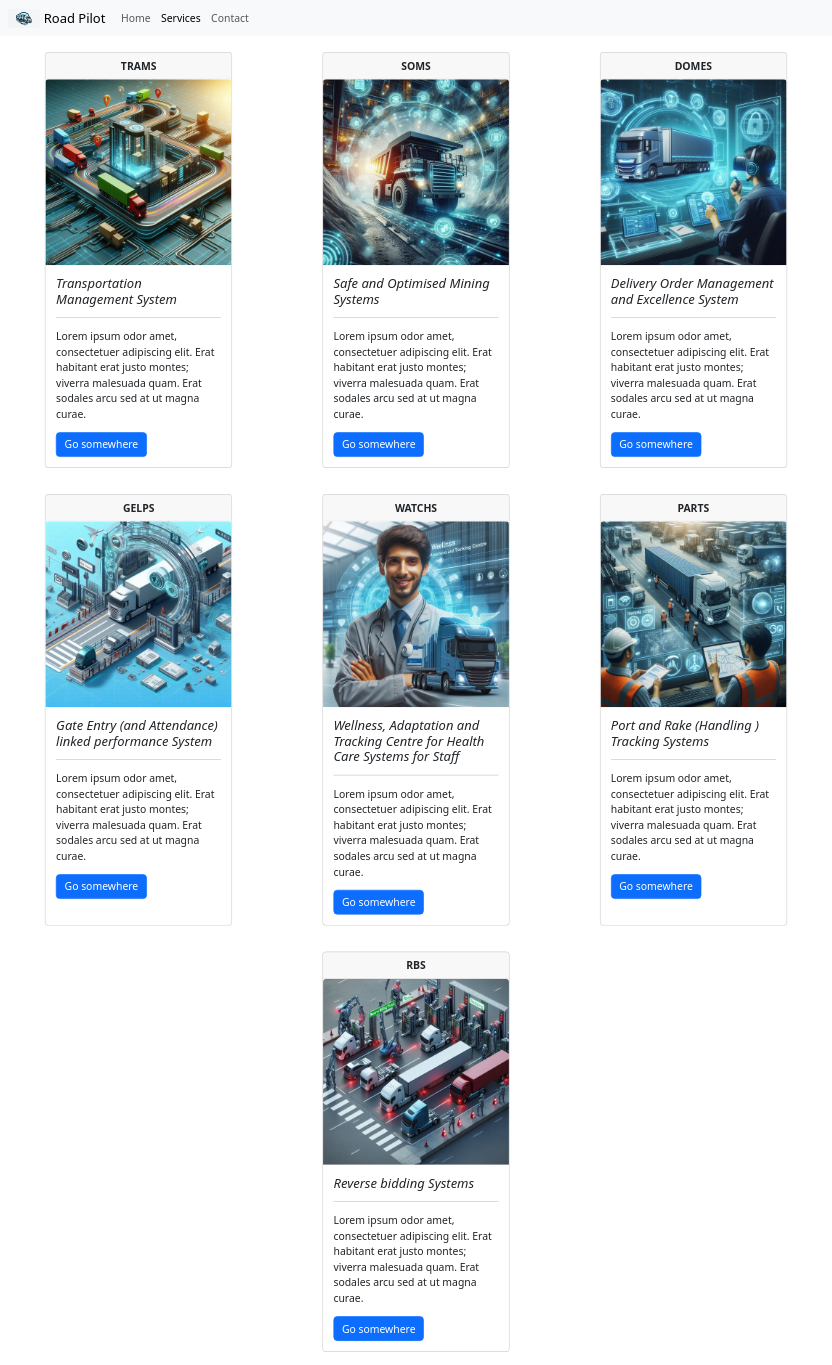
Repository: VictoriousMango/WebCreator
Page: pages/Services.html
The author's editor kept a copy of each file at every save. The page is drawn from the files as they stood at one save, then again after a run of saves.
The browser window is 1280 px wide. The pictures show the whole page, at 65% of full size.

Above is the page before, as saved 2024-11-09 12:13:53.

After the next 2 saves:
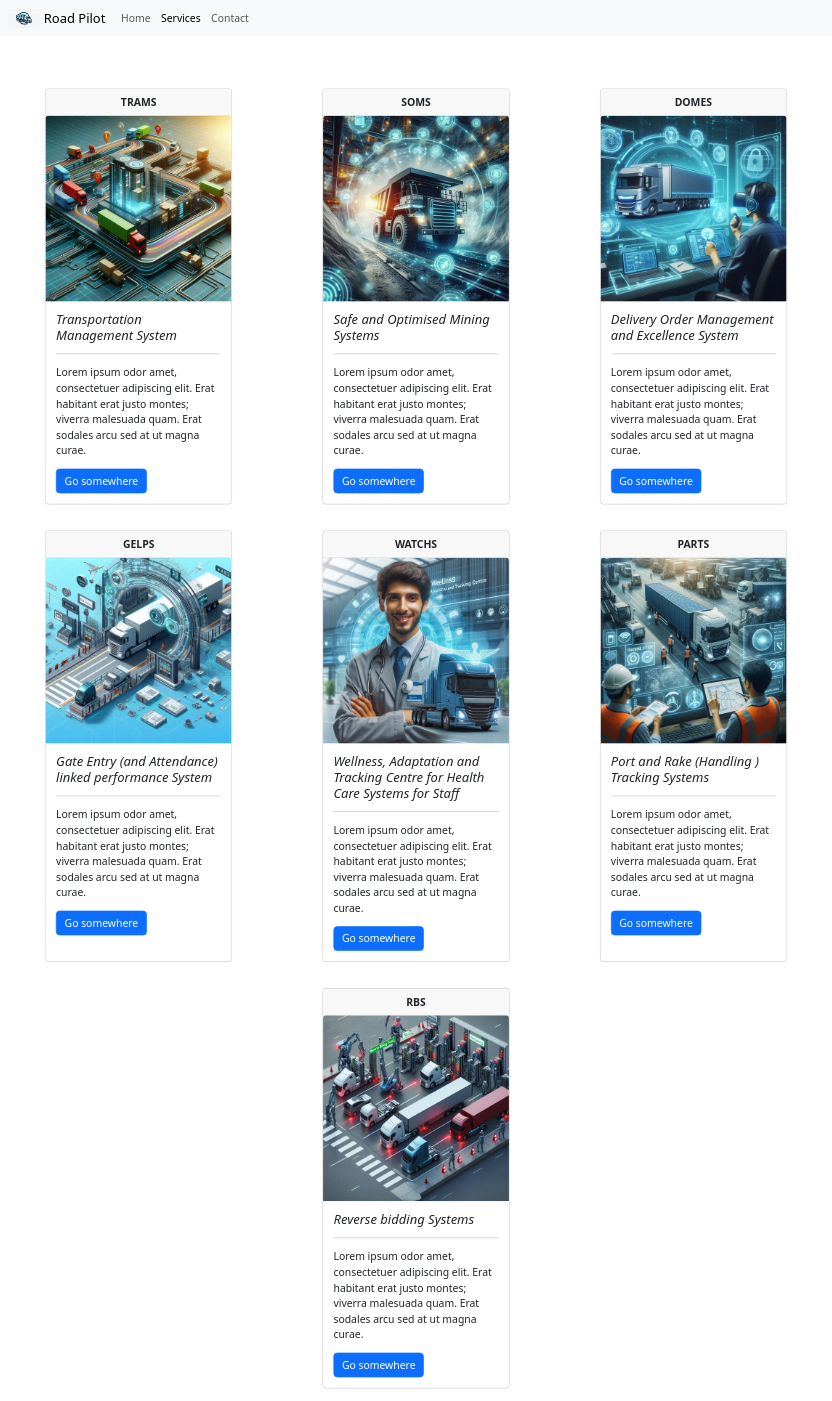
The 2 saves are shown as one change because they came seconds apart.
The last was saved 11 s later.
--- a/assets/css/services.css
+++ b/assets/css/services.css
@@ -1,8 +1,5 @@
 .navbar {
-    /* background-color: rgba(0, 0, 0, 0.1); */
-    /* color: white; */
-    /* margin-bottom: 5px; */
-    /* padding: 15px; */
+    trans
     position: fixed; /* Make the navbar fixed */
     top: 0; /* Stick to the top */
     width: 100%; /* Full width */

After the 2 saves that followed:
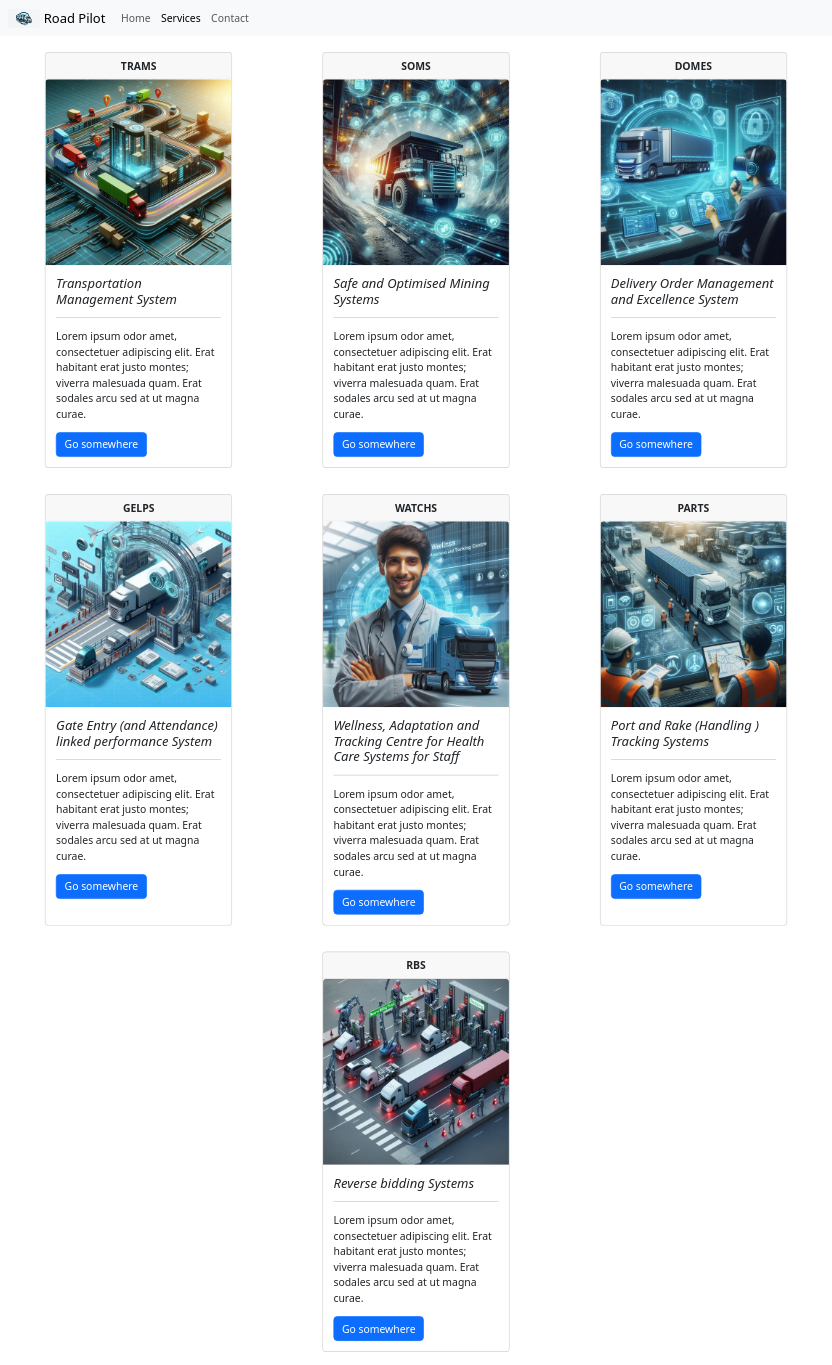
The 2 saves are shown as one change because they came seconds apart.
The last was saved 6 s later.
--- a/assets/css/services.css
+++ b/assets/css/services.css
@@ -1,5 +1,5 @@
 .navbar {
-    trans
+    visibility: ;
     position: fixed; /* Make the navbar fixed */
     top: 0; /* Stick to the top */
     width: 100%; /* Full width */
